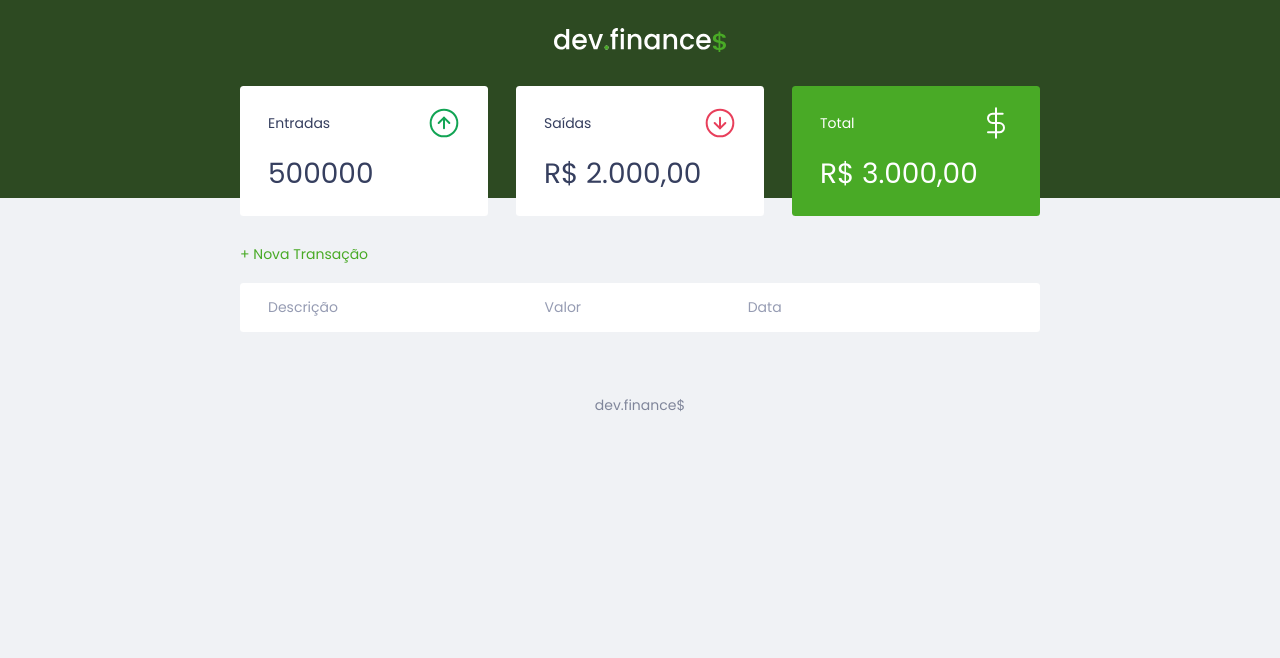
Repository: rafaelmgr12/maratona-dev01
Page: index.html
The author's editor kept a copy of each file at every save. The page is drawn from the files as they stood at one save, then again after the next save.
The browser window is 1280 px wide. The pictures show the whole page.

Above is the page before, as saved 2021-05-01 13:08:31.
Console error: TypeError: Transaction.expense is not a function

After the next save:
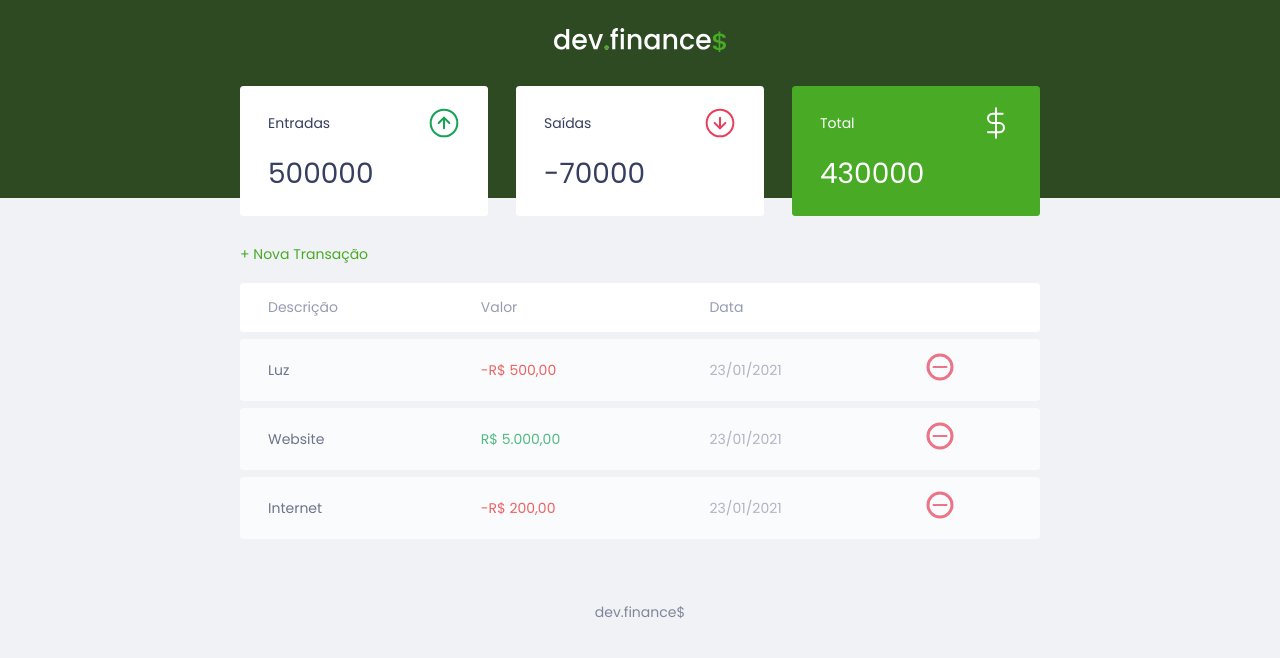
The error is gone.
Saved 3 min 45 s later.
--- a/scripts.js
+++ b/scripts.js
@@ -34,7 +34,7 @@ const Transaction = {
     return income
     // somar as entradas
   },
-  expenses() {
+  expense() {
     let expense = 0
     transactions.forEach((transaction) => {
       if(transaction.amount < 0){
